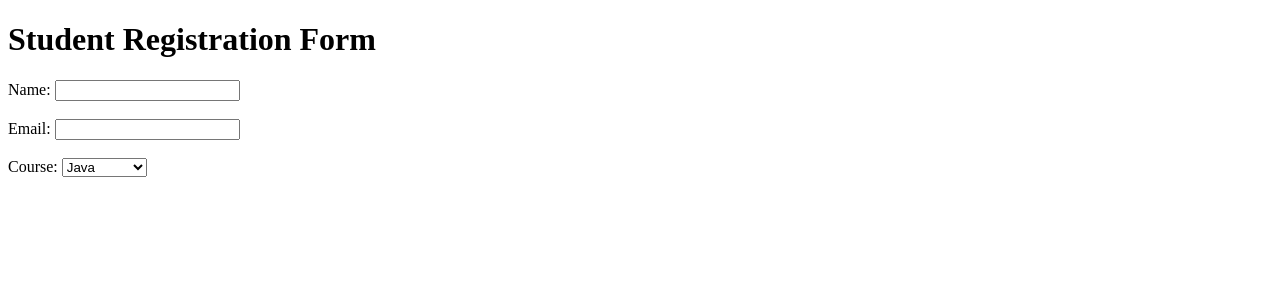
Repository: anik3395/JavaServletProjects
Page: eclipse-workspace/StudentRegistrationSystem/src/main/webapp/registration.html
An editor plug-in stored every save of this project. The page is shown before and after the next save, followed by the edit.
The browser window is 1280 px wide. The pictures show the whole page.

Above is the page before, as saved 2024-10-22 12:31:33.

### eclipse-workspace/StudentRegistrationSystem/src/main/webapp/registration.html
<!DOCTYPE html>
<html>
<head>
<meta charset="UTF-8">
<title>Student Registration Form</title>
</head>
<body>

<h1>Student Registration Form</h1>

 <!-- Create a form for Registration -->
<form action="register" method="post">
<!-- Create all input field  -->
Name: <input type="text" name="name" required><br><br>

Email: <input type="email" name="email" required><br><br>

Course: <select name="course">
            <option >Java</option>
            <option >Python</option>
            <option >JavaScript</option>

</select>

</form>

</body>
</html>

After the next save:
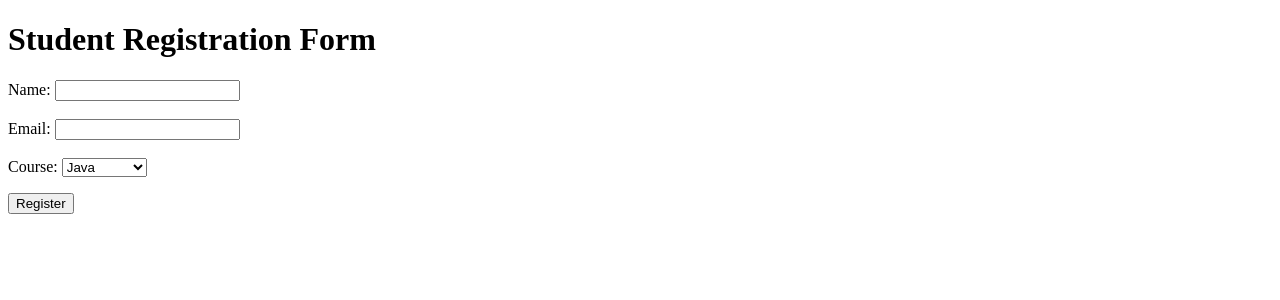
Saved 80 s later.
--- a/eclipse-workspace/StudentRegistrationSystem/src/main/webapp/registration.html
+++ b/eclipse-workspace/StudentRegistrationSystem/src/main/webapp/registration.html
@@ -21,6 +21,8 @@ Course: <select name="course">
             <option >JavaScript</option>
 
 </select>
+<p></p>
+<input type="submit" value="Register">
 
 </form>
 
